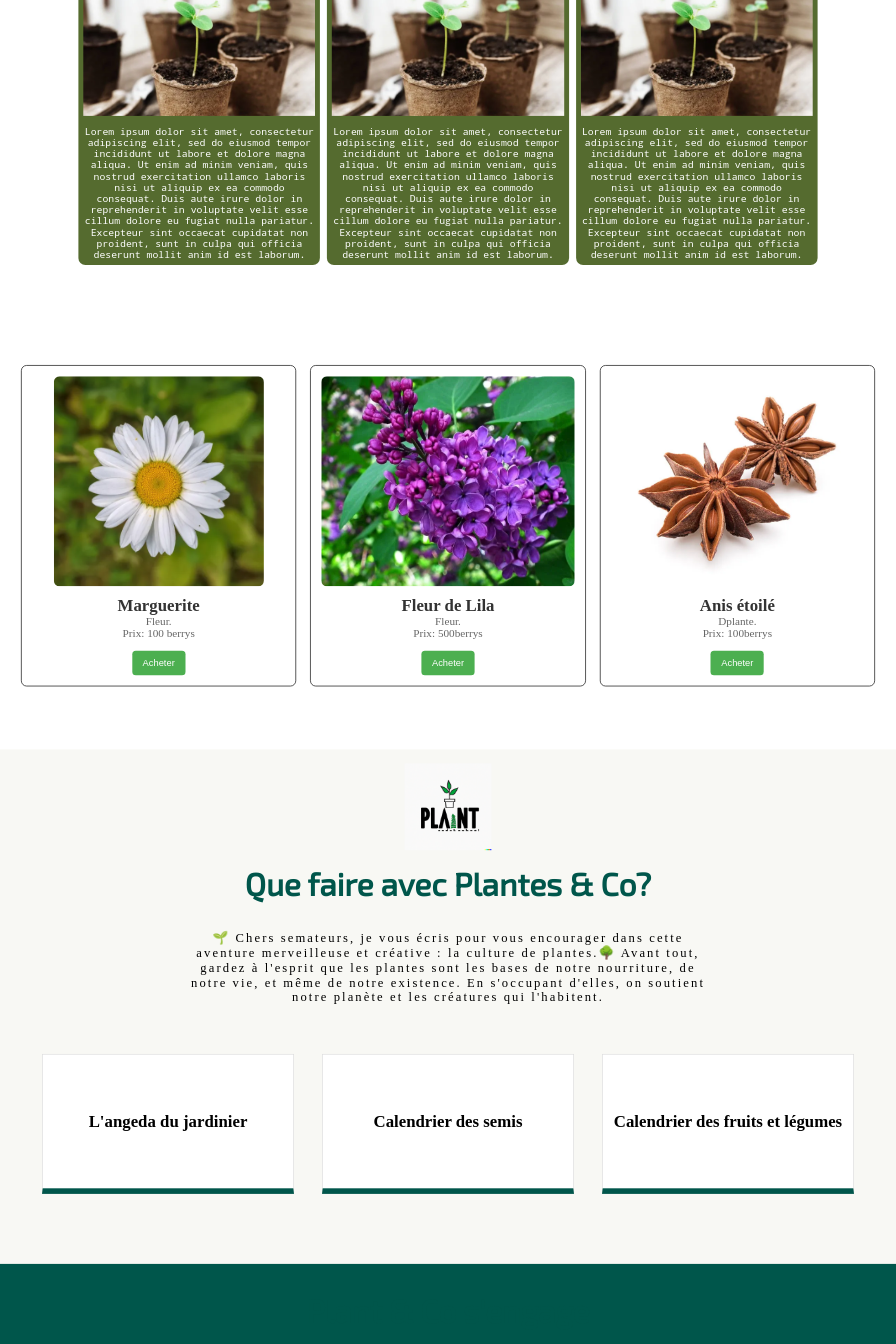
Repository: Flexo874/ISITECH-HTML-CSS
Page: index.html
The author's editor kept a copy of each file at every save. The page is drawn from the files as they stood at one save, then again after the next save.
The browser window is 1280 px wide. The pictures show the part of the page from y = 991 to 2911 px (the page is 2911 px tall), at 70% of full size.
Some web fonts or font styles are not loaded; a fallback is used.

Above is the page before, as saved 2024-01-03 14:35:52.

### index.html
<!DOCTYPE html>
<html>
<head>
    <title>Plantes & Co</title>
     <link rel="stylesheet" type="text/css" href="./style.css">
     <link rel="stylesheet" type="text/css" href="./engagement.css">
     <link rel="stylesheet" type="text/css" href="./instructions.css">
     <link rel="preconnect" href="https://fonts.googleapis.com">
     <link rel="preconnect" href="https://fonts.gstatic.com" crossorigin>
     <link href="https://fonts.googleapis.com/css2?family=Exo+2&display=swap" rel="stylesheet">
     <link rel="preconnect" href="https://fonts.googleapis.com">
     <link rel="preconnect" href="https://fonts.gstatic.com" crossorigin>
     <link href="https://fonts.googleapis.com/css2?family=Exo+2&family=Macondo&display=swap" rel="stylesheet">
</head>
<body>
    <ul>
        <li><a href="#home">Home</a></li>
        <li><a href="#news">News</a></li>
        <li><a href="#contact">Contact</a></li>
        <li><a href="#about">About</a></li>
    </ul>


    <div class="plant-img">
        <img src="images/Step-8-If-You-Want-You-Can-Train-Your-Cannabis-Plants-To-Increase-Yield.webp">
    </div>

    <h1 > Best Sellers</h1>



    <div class="container">

            <div class="item">
                <a>
                <img src="images/semis-prêt-à-être-planté-dans-le-jardin.webp" alt="Logo">
                <p>Lorem ipsum dolor sit amet, consectetur adipiscing elit, sed do eiusmod tempor incididunt ut labore et dolore magna aliqua. Ut enim ad minim veniam, quis nostrud exercitation ullamco laboris nisi ut aliquip ex ea commodo consequat. Duis aute irure dolor in reprehenderit in voluptate velit esse cillum dolore eu fugiat nulla pariatur. Excepteur sint occaecat cupidatat non proident, sunt in culpa qui officia deserunt mollit anim id est laborum.</p>
                </a>
            </div>
            <div class="item">
                <a>
                <img src="images/semis-prêt-à-être-planté-dans-le-jardin.webp" alt="Logo">
                <p>Lorem ipsum dolor sit amet, consectetur adipiscing elit, sed do eiusmod tempor incididunt ut labore et dolore magna aliqua. Ut enim ad minim veniam, quis nostrud exercitation ullamco laboris nisi ut aliquip ex ea commodo consequat. Duis aute irure dolor in reprehenderit in voluptate velit esse cillum dolore eu fugiat nulla pariatur. Excepteur sint occaecat cupidatat non proident, sunt in culpa qui officia deserunt mollit anim id est laborum.</p>
                </a>
            </div>
            <div class="item">
                <a>
                <img src="images/semis-prêt-à-être-planté-dans-le-jardin.webp" alt="Logo">
                <p>Lorem ipsum dolor sit amet, consectetur adipiscing elit, sed do eiusmod tempor incididunt ut labore et dolore magna aliqua. Ut enim ad minim veniam, quis nostrud exercitation ullamco laboris nisi ut aliquip ex ea commodo consequat. Duis aute irure dolor in reprehenderit in voluptate velit esse cillum dolore eu fugiat nulla pariatur. Excepteur sint occaecat cupidatat non proident, sunt in culpa qui officia deserunt mollit anim id est laborum.</p>
                </a>
            </div>
    </div>

    <section class="produits">
        <!-- Produit 1 -->
        <div class="produit">
            <img src="images/Leucanthemum_vulgare.webp" alt="Produit 1">
            <h3>Marguerite</h3>
            <p>Fleur.</p>
            <p>Prix: 100 berrys</p>
            <button>Acheter</button>
        </div>
        <div class="produit">
            <img src="images/1676375528_249_Belle-signification-et-symbolisme-de-la-couleur-de-la-fleur.webp" alt="Produit 1">
            <h3>Fleur de Lila</h3>
            <p>Fleur.</p>
            <p>Prix: 500berrys </p>
            <button>Acheter</button>
        </div>
        <div class="produit">
            <img src="images/anis-étoilé-spice-de-fruits-et-de-graines-isolé-sur-fond-blanc.webp" alt="Produit 1">
            <h3>Anis étoilé</h3>
            <p>Dplante.</p>
            <p>Prix: 100berrys</p>
            <button>Acheter</button>
        </div>

    </section>


    <section class="instructions">
        <div class="logo">
        <img src="images/DALL·E 2024-01-03 10.05.32 - a simple logo for a plant shop.png" alt="Logo">
        </div>
        <div class="titre">
            <h2>Que faire avec Plantes & Co?</h2>
        </div>
        <div class="description">
            <p>🌱 Chers semateurs, je vous écris pour vous encourager dans cette aventure
                 merveilleuse et créative : la culture de plantes.🌳 Avant tout, gardez à l'esprit que les plantes sont les bases de notre nourriture, de notre vie, et même de notre existence. En s'occupant d'elles, on soutient notre planète et les créatures qui l'habitent.</p>
          </div>
        <div class="categories">
            <div class="calendar">
                <h3>L'angeda du jardinier</h3>
            </div>
            <div class="calendar">
                <h3>Calendrier des semis</h3>
            </div>
            <div class="calendar">
                <h3>Calendrier des fruits et légumes</h3>
            </div>
        </div>
    </section>

    <section class="engagement">
        <div class="titre">
            <h2>Plant & Co s'engage</h2>
        </div>

    </section>





</body>
</html>

### style.css
* {
  margin: 0;
  padding: 0;
}
ul {
  list-style-type: none;
  margin: 0;
  padding: 0;
  overflow: hidden;
  background-image: linear-gradient(
    109.6deg,
    rgba(61, 131, 97, 1) 11.2%,
    rgba(28, 103, 88, 1) 91.1%
  );
  display: flex;
  list-style: none;
  box-sizing: border-box;
  justify-content: center;
}

li {
  position: relative;
}

li a {
  display: block;
  color: white;
  text-align: center;
  padding: 18px 16px;
  text-decoration: none;
  font-size: 15px;
  transition: 0.4s ease-in-out;
  position: center;
  font-family: "Noto Mono", monospace;
}

li a:hover {
  background-color: #111;
  border-radius: 5px;
}

.plant-img img {
  width: 100%;
  height: 600px;
  object-fit: cover;
  overflow: hidden;
}

h1 {
  padding: 40px;
  padding-bottom: 0;
  margin-bottom: 0;
  margin-top: 60px;
  text-align: center;
  font-weight: bold;
  font-size: 60px;
}

.container {
  display: flex;
  grid-template-columns: repeat(3, 1fr);
  grid-auto-rows: minmax(300px, auto);
  gap: 10px;
  padding: 10px;
  margin-top: 0;
  margin: 8%;
  padding-top: 0;
}

.item {
  align-items: center;
  justify-content: center;
  border-radius: 10px;
  display: flex;
  justify-content: center;
  align-items: center;
  background-color: #556b2f;
}

.item a {
  margin: 7px;
}

.item a:hover {
  color: white;
}

.item img {
  max-width: 100%;
  height: auto;
}

.item p {
  margin-top: 10px;
  text-align: center;
  color: white;
  font-family: "Noto Mono", monospace;
  font-size: 14px;
}

.produits {
  display: flex;
  flex-wrap: wrap;
  justify-content: space-around;
  padding: 20px;
}

.produit {
  background-color: #fff;
  border: 1px solid #ddd;
  border-radius: 8px;
  border-color: #111;
  margin: 10px;
  padding: 15px;
  text-align: center;
  transition: transform 0.3s ease-in-out;
  width: calc(33.33% - 20px);
  box-sizing: border-box;


}

.produit:hover {
  transform: scale(1.05);
}

.produit img {
  max-width: 100%;
  height: 300px;
  border-radius: 8px;
}

.produit h3 {
  margin-top: 10px;
  font-size: 1.5em;
  color: #333;
}

.produit p {
  color: #666;
}

.produit button {
  background-color: #4caf50;
  color: #fff;
  padding: 10px 15px;
  border: none;
  border-radius: 5px;
  cursor: pointer;
  margin-top: 15px;
}

.produit button:hover {
  background-color: #45a049;
}

### engagement.css
.engagement{
    padding: 20px ;

    background-color:#00564B;
}

.titre h2{
    font-family: 'Exo 2', sans-serif;
font-family: 'Macondo', cursive;
}

### instructions.css
.instructions{
    padding: 20px ;
    margin-top: 60px;
    background-color:#F8F8F4;

}

.logo{
    display: flex;
    justify-content: center;
    align-items:center;
}

.logo img {
    width: 10%;

}



 .titre {
  margin-top: 20px;
  text-align: center;
  font-weight: bold;
  color:#00564B;
  font-size: 30px;
  width: 100%;
}

.titre h2{
    font-family: 'Exo 2', sans-serif;
}

.description{
    display: flex;
    margin: 40px;
    text-align: center;
    margin-left: 20%;
    margin-right: 20%;
}

.description p{
    letter-spacing: 3px;
    font-size: 18px;

}


.categories{
    display: flex;
    flex-wrap: wrap;
    justify-content: space-around;
    padding: 20px;
    align-items: center;

    margin-top: 30px;
    margin-bottom: 50px;
}

.calendar{
    background-color: #fff;
  border: 1px solid #ddd;


  margin: 10px;
  padding: 15px;
  text-align: center;
  transition: transform 0.3s ease-in-out;
  width: calc(33.33% - 20px);
  box-sizing: border-box;
  height: 200px;
  width: 30%;
  display: flex;
  flex-direction: column;
  justify-content: space-around;
  border-bottom: solid 8px #00564B;
  transition: border 200ms ease-in-out;
}

.calendar:hover {
    border: solid 8px #00564B;
}

.calendar > h3 {
    font-size: 24px;

}

After the next save:
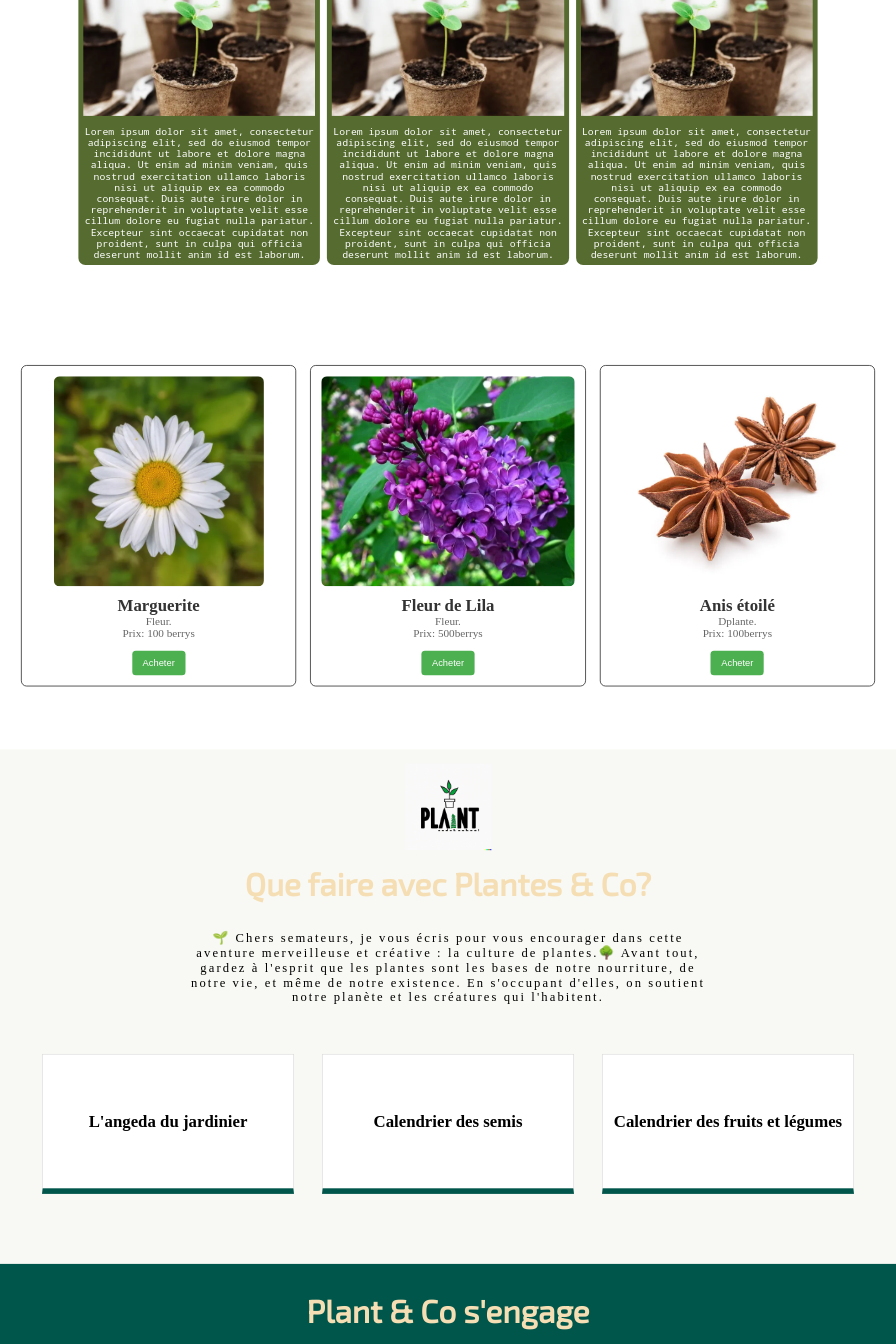
Saved 33 s later.
--- a/engagement.css
+++ b/engagement.css
@@ -6,5 +6,6 @@
 
 .titre h2{
     font-family: 'Exo 2', sans-serif;
-font-family: 'Macondo', cursive;
+    font-family: 'Macondo', cursive;
+    color:wheat;
 }
